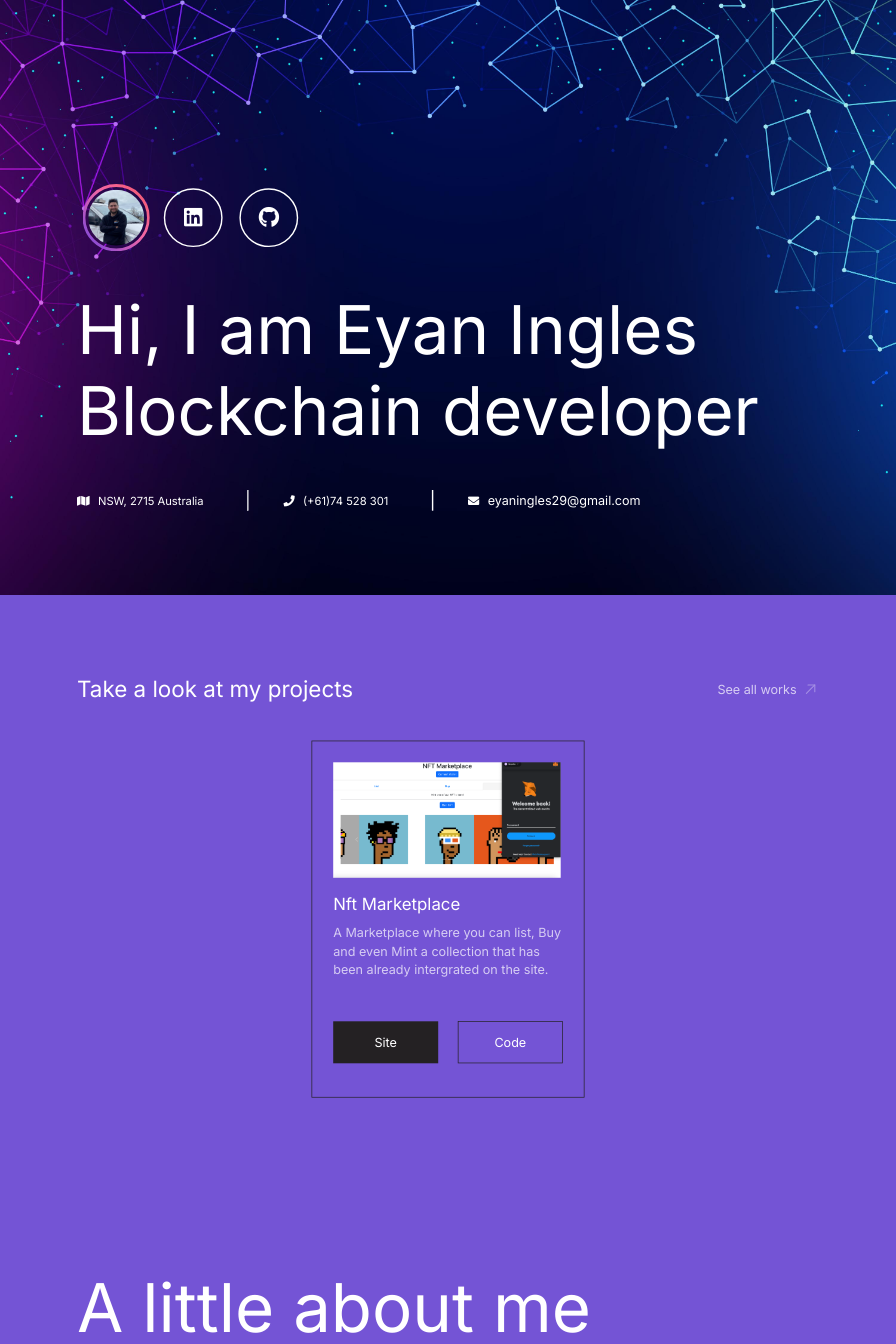
Repository: EyanIngles/Resume
Page: index.html
The author's editor kept a copy of each file at every save. The page is drawn from the files as they stood at one save, then again after the next save.
The browser window is 1280 px wide. The pictures show the part of the page from y = 0 to 1920 px (the page is 4848 px tall), at 70% of full size.

Above is the page before, as saved 2024-05-31 11:42:43.

### index.html
<!DOCTYPE html>
<html lang="en">

<head>
    <meta charset="UTF-8">
    <meta http-equiv="X-UA-Compatible" content="IE=edge">
    <meta name="viewport" content="width=device-width, initial-scale=1.0">
    <meta name="description" content="Blockchain Developer">
    <meta name="author" content="Eyan Ingles">

    <title>Eyan Ingles || Blockchain Developer</title>

    <!-- Google Fonts -->
    <link rel="preconnect" href="https://fonts.googleapis.com">
    <link rel="preconnect" href="https://fonts.gstatic.com" crossorigin>
    <link href="https://fonts.googleapis.com/css2?family=Inter:wght@100;200;300;400;500;600;700;800;900&display=swap"
        rel="stylesheet">

    <!-- Font Awesome -->
    <link href="vendor/fontawesome-free-5.15.4-web/css/all.min.css" rel="stylesheet">

    <!-- Custom styles for this template -->
    <link href="css/resume.css" rel="stylesheet">
</head>

<body>
    <header class="header">
        <div class="header-links flex-start">
            <div class="profile-container">
                <img class="profile" src="./img/profile.jpeg" alt="Profile Picture">
                <img class="ring" src="./img/Ring.svg" alt="Ring Border">
            </div>

            <ul class="flex-list list-items-circle">
                <li>
                    <a href="https://www.linkedin.com/in/eyan-ingles-026738272/">
                        <i class="fab fa-linkedin"></i>
                    </a>
                </li>
                <li>
                    <a href="https://github.com/EyanIngles">
                        <i class="fab fa-github"></i>
                    </a>
                </li>
            </ul>
        </div>

        <h1>
            Hi, I am Eyan Ingles<br />
            Blockchain developer
        </h1>

        <ul class="contact-details flex-list">
            <i class="fa fa-map"></i><li>NSW, 2715 Australia</li>
            <hr />
            <i class="fa fa-phone"></i><li>(+61)74 528 301</li>
            <hr />
            <i class="fa fa-envelope"></i><li><a href="mailto: EyanIngles@gmail.com" style="border: none;">eyaningles29@gmail.com</a></li>
        </ul>
    </header>
    <main>

        <!-- PROJECTS -->

        <section class="section projects">
            <div class="flex-between">
                <h2>Take a look at my projects</h2>

                <a href="https://www.github.com/" class="projects-link flex-between">
                    See all works <img src="./img/ArrowUpRight.svg" alt="Arrow" style="margin-left: 8px; opacity: 0.7;">
                </a>
            </div>

            <div class="cards flex-center">

                <div class="card">
                    <img src="./img/projects/project1.png" alt="Nft Marketplace">
                    <h3 class="card-title">Nft Marketplace</h3>
                    <p class="card-description">A Marketplace where you can list, Buy and even Mint a collection that has been already intergrated on the site.</p>

                    <div class="card-buttons">
                        <a href="https://marketplacedraft.eth.limo" class="card-button--site">Site</a>
                        <a href="https://github.com/EyanIngles/marketplace-app" class="card-button--code">Code</a>
                    </div>
                </div>
            </div>
        </section>

        <!-- EXPIERENCE -->

        <section class="section experience">
            <h1>A little about me </h1><br/><hr/><br/>
            <p class="experience-description">
                I am a former electrician and business owner turned blockchain developer. My journey into blockchain
                technology began in 2021 when I discovered Dapp University on YouTube. Eager to dive deeper, I enrolled
                in their masterclasses and mentorship program, significantly enhancing my skills in Solidity and smart contract
                development. Utilizing additional online resources such as YouTube and ChatGPT, I have solidified my knowledge and
                stayed current with industry advancements. I am excited to bring my forward-thinking approach and dedication to quality
                to the blockchain industry.
            </p>

            <h2>Experience</h2>

            <div class="experience-cards flex-center">
                <div class="experience-card">
                    <h3 class="card-title">
                        Online Learning - <span class="highlight">Dabbling with Blockchain Concepts</span>
                    </h3>
                    <p class="card-years">2021-2024</p>

                    <ul class="card-list">
                        <li class="card-list-item">Leveraged online resources such as YouTube and ChatGPT to enhance and solidify my knowledge.</li>
                    </ul>
                </div>
                <div class="experience-card">
                    <h3 class="card-title">
                        Dapp University - <span class="highlight">Masterclasses and Mentorship Entry</span>
                    </h3>
                    <p class="card-years">2023-2024</p>

                    <ul class="card-list">
                        <li class="card-list-item">Currently, I am studying with Dapp University, participating in masterclasses and a mentorship program that have significantly enhanced my skills in blockchain development.</li>
                    </ul>
                </div>
            </div>
        </section>

        <!-- SKILLS -->

        <section class="section skills">
            <h2>Skills that I have</h2>

            <div class="skill-cards flex-center">
                <div class="skill-card flex-center">
                    <i class="fab fa-html5"></i>
                </div>
                <div class="skill-card flex-center">
                    <i class="fab fa-css3-alt"></i>
                </div>
                <div class="skill-card flex-center">
                    <i class="fab fa-js-square"></i>
                </div>
                <div class="skill-card flex-center">
                    <i class="fab fa-react"></i>
                </div>
                <div class="skill-card flex-center">
                    <i class="fab fa-node-js"></i>
                </div>
                <div class="skill-card flex-center">
                    <i class="fab fa-npm"></i>
                </div>
            </div>

            <ul class="skill-list flex-between">
                <li><img src="./img/Check.svg" alt="Checkmark"></li>
            </ul>
        </section>

        <!-- CONTACT -->

        <section class="section contact">
            <div class="contact-links flex-start">
                <div class="profile-container">
                    <img class="profile" src="./img/profile.jpeg" alt="Joe Blow">
                </div>

                <ul class="flex-list list-items-circle">
                    <li>
                        <a href="https://www.linkedin.com/in/eyan-ingles-026738272/">
                            <i class="fab fa-linkedin"></i>
                        </a>
                    </li>
                    <li>
                        <a href="https://github.com/EyanIngles">
                            <i class="fab fa-github"></i>
                        </a>
                    </li>
                </ul>

            </div>

            <h1>
                Get in touch
            </h1>

            <p>I am a former electrician and business owner turned blockchain developer. My interest
                in blockchain technology began in 2021 when I discovered Dapp University on YouTube.
                Since then, I have joined a mentorship program with Dapp University, and I am excited to
                see where my journey in this industry will take me!
            </p>

            <ul class="contact-details flex-list">
                <li>NSW, 2715 Australia</li>
                <hr />
                <li>(+61)74 528 301</li>
                <hr />
                <li><a href="mailto: name@email.com">eyaningles29@email.com</a></li>
            </ul>
        </section>
    </main>
    <footer class="footer flex-center">
        <p><small>© Eyan Ingles 2024. All rights reserved.</small></p>
    </footer>

    <!-- Plugin JavaScript -->
    <script src="vendor/jquery/jquery.min.js"></script>
    <script src="vendor/jquery-easing/jquery.easing.min.js"></script>

    <!-- Custom scripts for this template -->
    <script src="js/resume.js"></script>
</body>

</html>

### css/resume.css
* {
    margin: 0;
    padding: 0;
    box-sizing: border-box;
}

:root {
    --black: #060003;
    --gray: #242123;
    --white: #FFFFFF;
    --blue: #7454d5;
    --border-gradient: linear-gradient(227.58deg, #F4492F -44.04%, #F367A5 42.36%, #553DEB 113.95%);

    --font-96: clamp(56px, 8vw, 96px);
    --font-40: clamp(24px, 6vw, 40px);
    --font-32: clamp(24px, 4vw, 32px);
}

html {
    font-family: "Inter";
    color: var(--white);

    overflow-x: hidden;
}

body {
    background-color: var(--blue);
}

/* TYPOGRAPHY */
h1 {
    font-style: normal;
    font-weight: 400;
    font-size: var(--font-96);
    line-height: 116px;
}

h2 {
    font-weight: 400;
    font-size: var(--font-32);
    line-height: 150%;
    margin-bottom: 30px;
}

p,
a {
    font-weight: 400;
    font-size: 18px;
    line-height: 150%;
    text-decoration: none;
}

p {
    opacity: 0.7;
}

/* LAYOUTS */

.flex-center {
    display: flex;
    justify-content: center;
    align-items: center;
}

.flex-start {
    display: flex;
    justify-content: flex-start;
    align-items: center;
}

.flex-between {
    display: flex;
    justify-content: space-between;
    align-items: center;
    flex-wrap: wrap;
}

/* === UNIVERSAL STYLES === */

/* List */

.flex-list {
    display: flex;
    justify-content: center;
    align-items: center;
    flex-wrap: wrap;
    list-style: none;
}

.flex-list li {
    margin: 12px;
    transition: 250ms ease all;
}

.flex-list li a {
    color: var(--white);
    text-decoration: none;
    opacity: 1;

    display: block;
    transition: 250ms ease all;
}

.list-items-circle li a {
    border: 2px solid var(--white);
    border-radius: 50%;
}

.list-items-circle li a:hover {
    background-color: var(--white);
    border: 2px solid var(--white);
}

.list-items-circle li a .fab {
    width: 80px;
    height: 80px;
    font-size: 30px;

    display: flex;
    justify-content: center;
    align-items: center;
    border-radius: 50%;

    transition: 250ms ease all;
}

.list-items-circle li a:hover .fab {
    color: var(--black);
}

.contact .list-items-circle li a {
    border: 2px solid var(--white);
}

.contact .list-items-circle li a:hover {
    background-color: var(--white);
    border: 2px solid var(--white);
}

.flex-list hr {
    height: 30px;
    margin: 0 50px;
}

/* Profile Image */

.profile-container {
    min-width: 88px;
    width: 88px;
    height: 88px;
    margin: 12px;
    position: relative;
}

.profile-container .profile {
    position: absolute;
    top: 50%;
    left: 50%;
    transform: translate(-50%, -50%);

    width: 80px;
    height: 80px;
    border-radius: 50%;
}

.profile-container .ring {
    position: absolute;
    top: 50%;
    left: 50%;
    transform: translate(-50%, -50%);
}

.header,
.section {
    min-height: 850px;
    padding: 110px;
}

/* HEADER */

.header {
    background-image: url('../img/Background.jpg');
    background-repeat: no-repeat;
    background-size: cover;

    display: flex;
    flex-direction: column;
    justify-content: flex-end;
    align-items: flex-start;
}

.header .header-links,
.contact .contact-links,
.header h1 {
    color: var(--white);
    margin-bottom: 45px;
}

.header .flex-list {
    color: var(--white);
}

.header .flex-list li a {
    color: var(--white);
}

.header .flex-list li:hover,
.header .flex-list li a:hover {
    color: var(--blue);
}

.header .flex-list hr {
    border: 1px solid var(--white);
}

/* === ABOUT === */

.about {
    background-image: url('../img/Vector.png');
    background-repeat: no-repeat;
    background-size: cover;
    background-position: center;
}

.about h2 {
    max-width: 900px;
    font-weight: 400;
    font-size: var(--font-40);
    line-height: 150%;

    margin-bottom: 180px;
}

.about .achievements {
    list-style: none;

}

.about .achievements li {
    margin: 15px 0;
}

/* === PROJECTS === */

.projects .projects-link {
    color: var(--white);
    margin-bottom: 30px;

    opacity: 0.7;
    transition: 250ms ease all;
}

.projects .projects-link:hover {
    opacity: 1;
}

.projects .cards {
    justify-content: space-evenly;
    flex-wrap: wrap;
}

.projects .card {
    border: 1px solid var(--gray);

    height: 510px;
    max-width: 390px;
    padding: 30px;
    margin: 20px auto;
}

.projects .card img {
    width: 100%;
    max-width: 325px;
    height: auto;
    margin: 0 auto 16px;
}

.projects .card .card-title {
    font-weight: 400;
    font-size: 24px;
    line-height: 150%;
    margin-bottom: 8px;
}

.projects .card .card-description {
    margin-bottom: 60px;
}

.projects .card .card-buttons {
    display: flex;
    justify-content: space-between;
}

.projects .card .card-buttons .card-button--site,
.projects .card .card-buttons .card-button--code {
    width: 150px;
    height: 60px;

    display: flex;
    justify-content: center;
    align-items: center;

    opacity: 1;
    color: var(--white);

    transition: 250ms ease all;
}

.projects .card .card-buttons .card-button--site {
    background-color: var(--gray);
}

.projects .card .card-buttons .card-button--code {
    border: 1px solid var(--gray);
}

.projects .card .card-buttons .card-button--site:hover,
.projects .card .card-buttons .card-button--code:hover {
    background-color: var(--white);
    color: var(--black);
}

/* === EXPERIENCE === */

.experience-description {
    max-width: 900px;
    margin-bottom: 125px;

    font-weight: 400;
    font-size: var(--font-32);
    line-height: 150%;

    opacity: 1;
    position: relative;
}

.experience-description img {
    position: absolute;
    top: 50%;
    right: -200px;
    transform: translate(-50%, -50%);

    pointer-events: none;
}

.experience h2 {
    border-left: 2px solid var(--white);
    padding-left: 24px;
}

.experience .experience-cards {
    justify-content: flex-start;
    align-items: flex-start;
    flex-wrap: wrap;
}

.experience .experience-card {
    width: 370px;
    padding: 0 30px 30px 0;
}

.experience .experience-card .card-title {
    font-size: 18px;
    line-height: 150%;
}

.experience .experience-card .card-title .highlight {
    opacity: 0.7;
    font-weight: 400;
}

.experience .experience-card .card-years {
    color: var(--blue);
    font-weight: 500;
    font-size: 18px;
    line-height: 150%;
    margin-bottom: 24px;
    opacity: 1;
}

.experience .experience-card .card-list .card-list-item {
    margin: 0 0 16px 16px;
    opacity: 0.7;
}

/* === SKILLS === */

.skills {
    background-image: url('../img/Vector.png');
    background-repeat: no-repeat;
    background-size: cover;
}

.skills .skill-cards {
    flex-wrap: wrap;
}

.skills .skill-card {
    background-image: url('../img/background2.jpg');
    background-repeat: no-repeat;
    background-size: cover;
    background-color: #060003;
    background-blend-mode: darken;
    width: 170px;
    height: 170px;
    margin: 0 30px 30px 0;
    border: 1px solid var(--gray);

    cursor: pointer;

    transition: 500ms ease all;
}

.skills .skill-card .fab {
    font-size: 80px;
    opacity: 0.7;
    transition: 500ms ease all;
}

.skills .skill-card:hover {
    background-blend-mode: normal;
}

.skills .skill-card:hover .fab {
    opacity: 1;
}

.skills .skill-list {
    list-style: none;
    flex-wrap: wrap;
}

.skills .skill-list li {
    display: flex;
    justify-content: center;
    align-items: center;
}

.skills .skill-list li img {
    margin: 10px;
}

/* === CONTACT === */

.contact {
    display: flex;
    flex-direction: column;
    justify-content: center;
    align-items: flex-start;
}

.contact h1,
.contact p {
    max-width: 750px;
    margin-bottom: 45px;
}

.contact .flex-list li:hover,
.contact .flex-list li a:hover {
    color: var(--blue);
}

/* === FOOTER === */

.footer {
    min-height: 88px;
    background-color: var(--gray);
}

/* === MEDIA STYLES === */

@media all and (max-width: 1200px) {
    .contact-details {
        align-items: flex-start;
        flex-direction: column;
    }

    .contact-details li {
        margin: 10px;
    }

    .contact-details li a {
        margin: 0;
    }

    .contact-details hr {
        display: none;
    }
}

@media all and (max-width: 992px) {
    .skills .skill-card {
        width: 125px;
        height: 125px;
    }
}

@media all and (max-width: 767px) {

    .header,
    .section {
        padding: 40px;
    }
}

### js/resume.js
// Include JavaScript Functionality Here...

Loaded but not shown: vendor/fontawesome-free-5.15.4-web/css/all.min.css (library); vendor/jquery/jquery.min.js (library); vendor/jquery-easing/jquery.easing.min.js (common file)

After the next save:
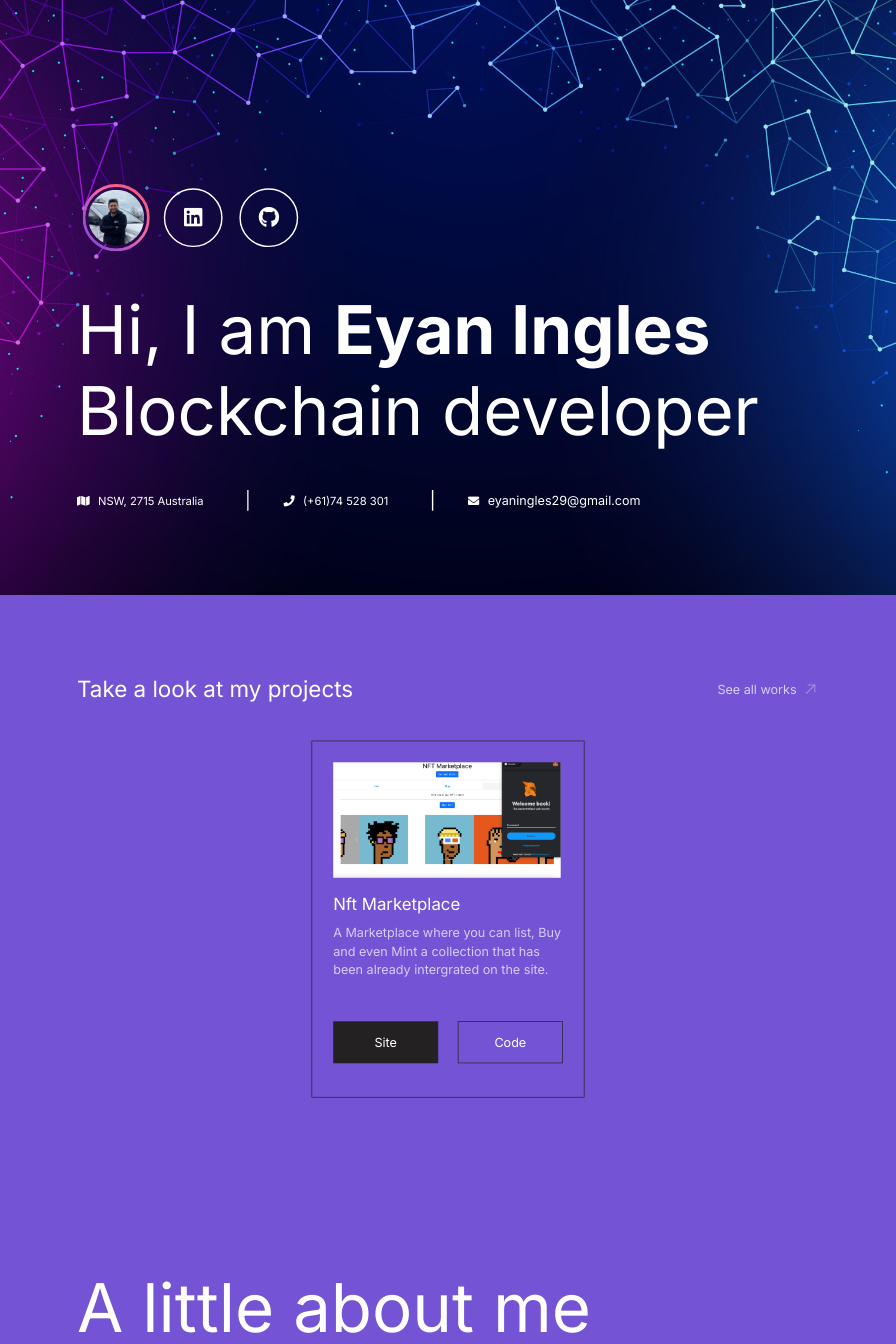
Saved 8 min 9 s later.
--- a/index.html
+++ b/index.html
@@ -46,7 +46,7 @@
         </div>
 
         <h1>
-            Hi, I am Eyan Ingles<br />
+            Hi, I am <strong>Eyan Ingles</strong><br />
             Blockchain developer
         </h1>
 
